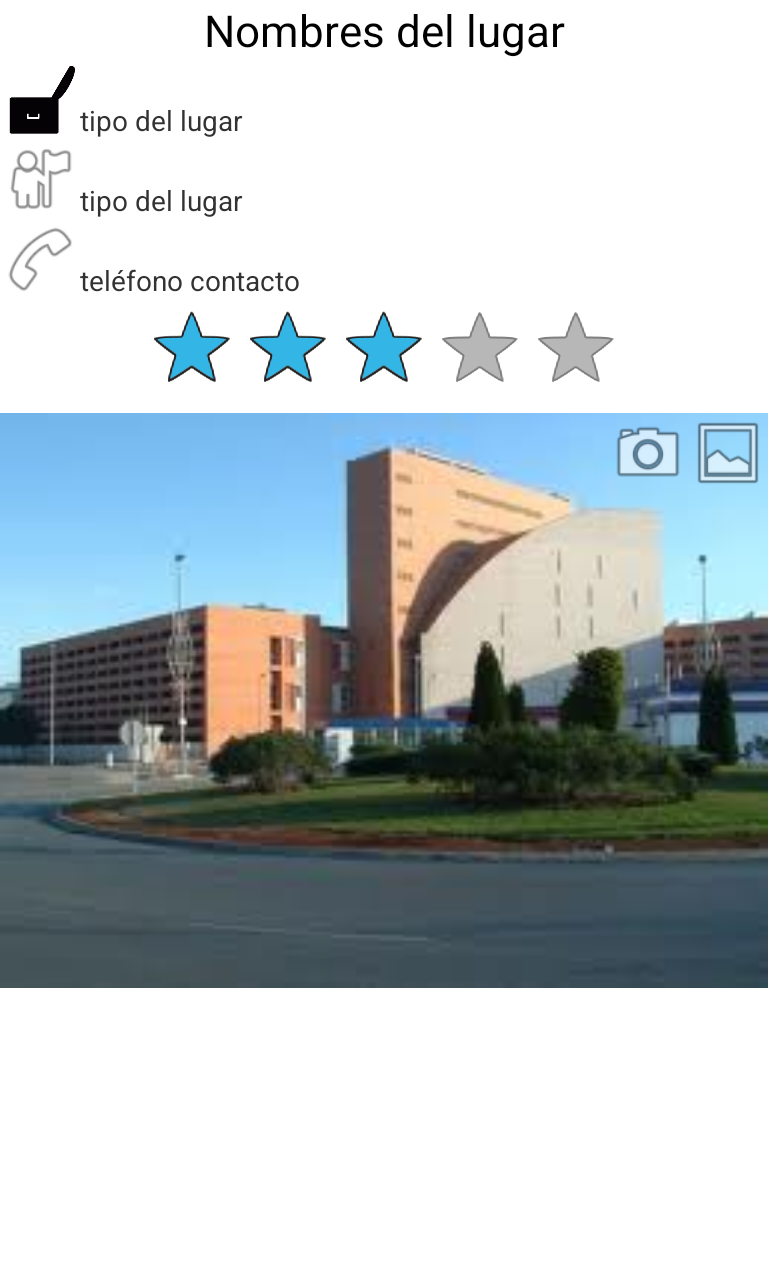
Repository: sayantjm/CursoAndroid
Layout: MisLugares/res/layout/vista_lugar.xml
An editor plug-in stored every save of this project. The layout is shown before and after the next save, followed by the edit.
It is drawn on a 768 x 1280 px phone screen (xhdpi) without system bars, with theme AppTheme; the app's code is not run.

Above is the layout before, as saved 2014-03-25 20:13:03.

### MisLugares/res/layout/vista_lugar.xml
<?xml version="1.0" encoding="utf-8"?>
<ScrollView xmlns:android="http://schemas.android.com/apk/res/android"
    android:id="@+id/scrollView1"
    android:layout_width="match_parent"
    android:layout_height="wrap_content" >

    <LinearLayout
        android:layout_width="match_parent"
        android:layout_height="wrap_content"
        android:orientation="vertical" >

        <TextView
            android:id="@+id/nombre"
            android:layout_width="match_parent"
            android:layout_height="wrap_content"
            android:layout_gravity="center_vertical"
            android:gravity="center"
            android:text="Nombres del lugar"
            android:textAppearance="?android:attr/textAppearanceLarge" />

        <LinearLayout
            android:layout_width="match_parent"
            android:layout_height="wrap_content"
            android:orientation="horizontal" >

            <ImageView
                android:id="@+id/logo_tipo"
                android:layout_width="40dp"
                android:layout_height="40dp"
                android:contentDescription="logo del tipo"
                android:src="@drawable/otros" />

            <TextView
                android:id="@+id/tipo"
                android:layout_width="match_parent"
                android:layout_height="wrap_content"
                android:layout_gravity="bottom"
                android:text="tipo del lugar" />
        </LinearLayout>

        <LinearLayout
            android:layout_width="match_parent"
            android:layout_height="wrap_content"
            android:orientation="horizontal" >

            <ImageView
                android:id="@+id/logo_direccion"
                android:layout_width="40dp"
                android:layout_height="40dp"
                android:contentDescription="logo de la direccion"
                android:src="@android:drawable/ic_menu_myplaces" />

            <TextView
                android:id="@+id/direccion"
                android:layout_width="match_parent"
                android:layout_height="wrap_content"
                android:layout_gravity="bottom"
                android:text="tipo del lugar" />
        </LinearLayout>
        <LinearLayout
            android:layout_width="match_parent"
            android:layout_height="wrap_content"
            android:orientation="horizontal" >

            <ImageView
                android:id="@+id/logo_telefono"
                android:layout_width="40dp"
                android:layout_height="40dp"
                android:contentDescription="logo del telefono"
                android:src="@android:drawable/ic_menu_call" />

            <TextView
                android:id="@+id/telefono"
                android:layout_width="match_parent"
                android:layout_height="wrap_content"
                android:layout_gravity="bottom"
                android:text="teléfono contacto" />
        </LinearLayout>

        <RatingBar
            android:id="@+id/valoracion"
            android:layout_width="wrap_content"
            android:layout_height="wrap_content"
            android:layout_gravity="center_horizontal"
            android:layout_toRightOf="@+id/foto"
            android:rating="3" />

        <FrameLayout
            android:layout_width="match_parent"
            android:layout_height="wrap_content" >

            <ImageView
                android:id="@+id/foto"
                android:layout_width="match_parent"
                android:layout_height="wrap_content"
                android:adjustViewBounds="true"
                android:contentDescription="fotografía"
                android:src="@drawable/foto_epsg" />

            <LinearLayout
                android:layout_width="wrap_content"
                android:layout_height="wrap_content"
                android:layout_gravity="right" >

                <ImageView
                    android:layout_width="40dp"
                    android:layout_height="40dp"
                    android:contentDescription="logo camara"
                    android:src="@android:drawable/ic_menu_camera" />

                <ImageView
                    android:layout_width="40dp"
                    android:layout_height="40dp"
                    android:contentDescription="logo galeria"
                    android:src="@android:drawable/ic_menu_gallery" />
            </LinearLayout>
        </FrameLayout>
    </LinearLayout>

</ScrollView>

Loaded but not shown: MisLugares/res/values/styles.xml (common file); MisLugares/res/values-v11/styles.xml (common file); MisLugares/res/values-v14/styles.xml (common file)

After the next save:
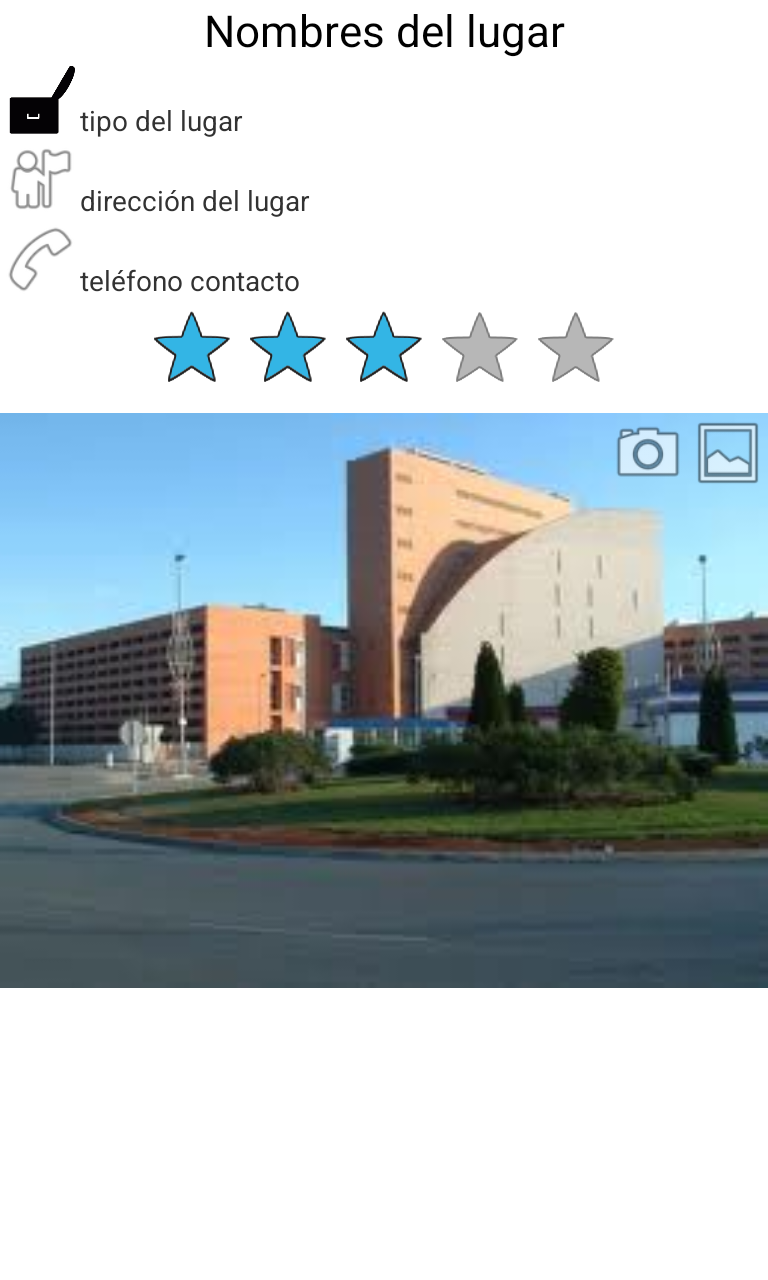
Saved 10 s later.
--- a/MisLugares/res/layout/vista_lugar.xml
+++ b/MisLugares/res/layout/vista_lugar.xml
@@ -55,7 +55,7 @@
                 android:layout_width="match_parent"
                 android:layout_height="wrap_content"
                 android:layout_gravity="bottom"
-                android:text="tipo del lugar" />
+                android:text="dirección del lugar" />
         </LinearLayout>
         <LinearLayout
             android:layout_width="match_parent"
